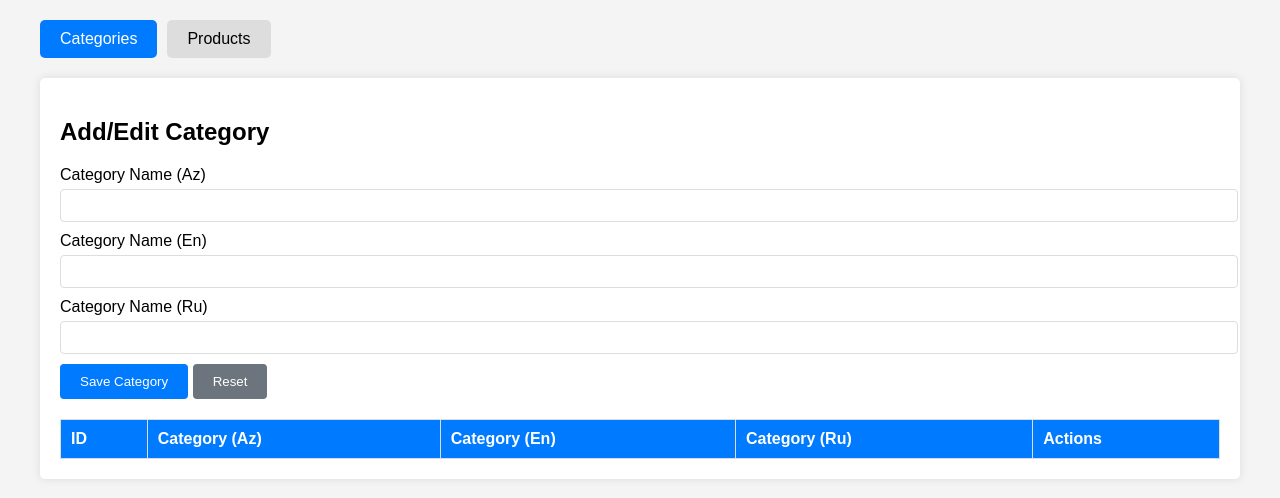
Repository: ferhadsultan98/gubagarden
Page: index.html
These files come from the project's save history. The page is drawn as it stood at one moment and after the next save; the edit follows.
The browser window is 1280 px wide. The pictures show the whole page.
The page's requests for data from a server got no answer.

Above is the page before, as saved 2025-07-04 15:51:46.

After the next save:
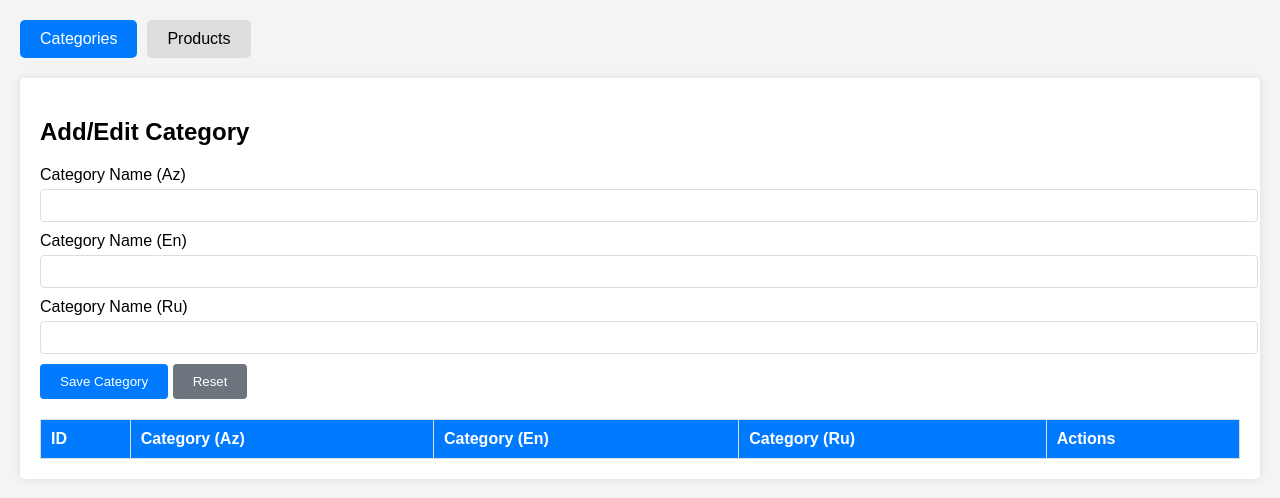
Saved 9 min 1 s later.
--- a/index.html
+++ b/index.html
@@ -12,7 +12,7 @@
             background-color: #f4f4f4;
         }
         .container {
-            max-width: 1200px;
+
             margin: 0 auto;
         }
         .tabs {
